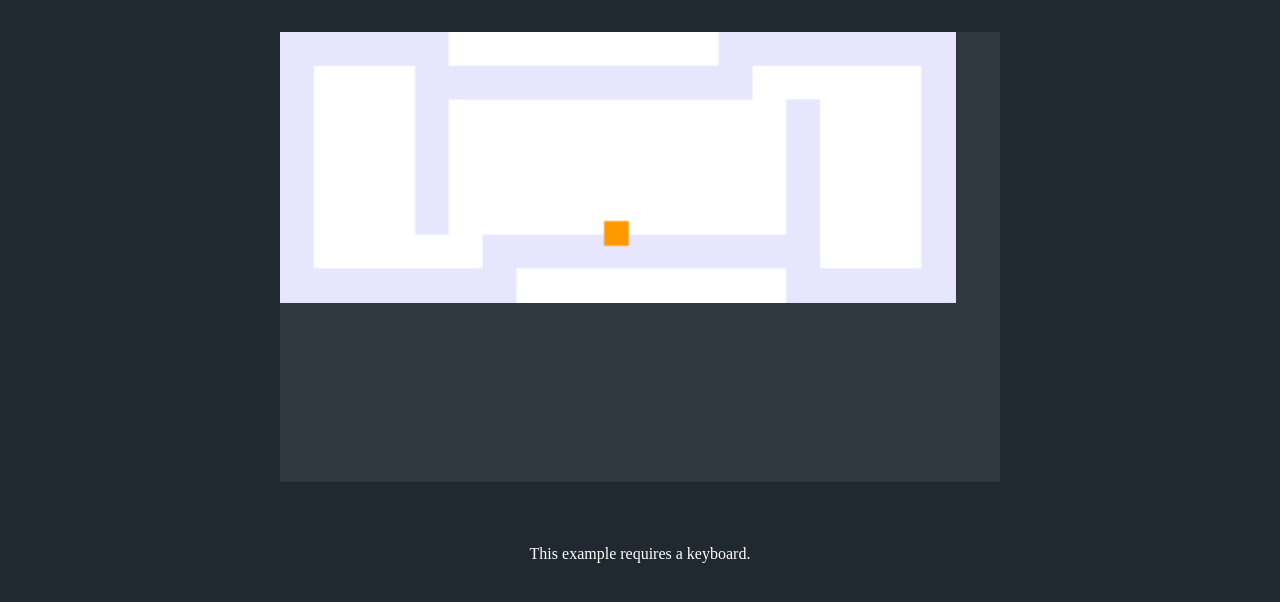
Repository: jh0l/WorldsHardestGame
Page: index.html
An editor plug-in stored every save of this project. The page is shown before and after the next save, followed by the edit.
The browser window is 1280 px wide. The pictures show the whole page.

Above is the page before, as saved 2018-07-19 01:05:35.

### index.html
<html>

<head>

	<meta name="viewport" content="width=device-width">
	<link href="src/index.css" rel="stylesheet" type="text/css">

	<title>PoP Vlog - Top Down Tiles</title>

</head>

<body>

	<canvas></canvas>

	<p>This example requires a keyboard.</p>

	<script src="src/index.js" type="text/javascript"></script>

</body>

</html>

### src/index.css
* {
  box-sizing: border-box;
  margin: 0;
  padding: 0;
}

html {
  height: 100%;
  width: 100%;
}

body {
  align-content: space-around;
  background-color: #202830;
  color: #ffffff;
  display: grid;
  grid-template-columns: auto;
  grid-template-rows: auto auto auto auto;
  height: 100%;
  justify-content: space-around;
  text-align: center;
  width: 100%;
}

canvas {
  background-color: #303840;
  justify-self: center;
}

### src/index.js
(function() {
  "use strict";

  var controller, display, game;

  controller = {
    down: false,
    left: false,
    right: false,
    up: false,

    keyUpDown: function(event) {
      var key_state = event.type == "keydown" ? true : false;

      switch (event.keyCode) {
        case 65:
          controller.left = key_state;
          break; // left key
        case 87:
          controller.up = key_state;
          break; // up key
        case 68:
          controller.right = key_state;
          break; // right key
        case 83:
          controller.down = key_state;
          break; // down key
      }
    }
  };
  const tileValColor = (val, index) => {
    if (val === '0') {
      return index % game.world.columns === 0 ? "#b4b5fe" : "#fff";
    }
    return "#e6e6ff";
  };
  display = {
    buffer: document.createElement("canvas").getContext("2d"),
    context: document.querySelector("canvas").getContext("2d"),
    output: document.querySelector("p"),

    render: function() {
      for (let index = game.world.map.length - 1; index > -1; --index) {
        this.buffer.fillStyle = tileValColor(game.world.map[index], index);
        this.buffer.fillRect(
          (index % game.world.columns) * game.world.tile_size,
          Math.floor(index / game.world.columns) * game.world.tile_size,
          game.world.tile_size,
          game.world.tile_size
        );
      }

      this.buffer.fillStyle = game.player.color;
      this.buffer.fillRect(
        game.player.x,
        game.player.y,
        game.player.width,
        game.player.height
      );

      this.context.drawImage(
        this.buffer.canvas,
        0,
        0,
        this.buffer.canvas.width,
        this.buffer.canvas.height,
        0,
        0,
        this.context.canvas.width,
        this.context.canvas.height
      );
    },

    resize: function(event) {
      var client_height = document.documentElement.clientHeight;

      display.context.canvas.width = document.documentElement.clientWidth - 32;

      if (display.context.canvas.width > client_height) {
        display.context.canvas.width = client_height;
      }

      display.context.canvas.height = Math.floor(
        display.context.canvas.width * 0.625
      );

      display.render();
    }
  };
  const playerSize = 11;
  game = {
    /* This is the player object. Make sure to note that for this collision method
    to work, you must record the current and last positions of your game objects
    to use in collision detection. It is used to calculate the vector used to determine
    if an object is entering into a collision tile and from what side. */
    player: {
      color: "#ff9900",
      height: playerSize,
      old_x: 160, // these are what you should take note of. Don't worry, it's useful
      old_y: 160, // to keep track of old positions for many physics methods. These aren't one trick pony's.
      speed: 3,
      velocity_x: 0,
      velocity_y: 0,
      width: playerSize,
      x: 160 - 16,
      y: 100 - 16,

      // These functions just make it easy to read the collision code
      get bottom() {
        return this.y + this.height;
      },
      get oldBottom() {
        return this.old_y + this.height;
      },
      get left() {
        return this.x;
      }, // kind of pointless, but used
      get oldLeft() {
        return this.old_x;
      }, // to help visualize the collision methods
      get right() {
        return this.x + this.width;
      },
      get oldRight() {
        return this.old_x + this.width;
      },
      get top() {
        return this.y;
      }, // equally pointless as left side calculations
      get oldTop() {
        return this.old_y;
      }
    },

    world: {
      map: []
      // the routing functions below with matching numbers

      // represent these tiles and route their values to
      // the collision methods you might expect based on their names
    },

    /* This object is responsible for getting the collision methods that match
    tile values in the map. It uses what I call routing functions to group reusable
    narrow phase collision methods together to create a variety of different tile
    boundary shapes. You can get the same effect with an array of routing functions rather
    than giving an object's routing functions numeric indexes, if you prefer. It might be faster. */
    collision: {
      // top wall collision tile
      1: function(object, row, column) {
        // The player hits the bottom of ceiling tiles.
        this.bottomCollision(object, row);
      },

      // left wall collision tile
      2: function(object, row, column) {
        this.rightCollision(object, column);
      },

      // right wall collision tile
      3: function(object, row, column) {
        // The player collides with the left side of a wall on the right of the map.
        this.leftCollision(object, column); // Confusing to visualize, but true.
      },

      // bottom wall collision tile
      4: function(object, row, column) {
        this.topCollision(object, row);
      },

      // block tile with four walls
      5: function(object, row, column) {
        /* It makes sense to test the most likely side to be collided with first.
        In a top down game, all sides are hit about the same number of times, depending
        on gameplay, but in a side scroller with downward pulling gravity, the tops of
        tiles will usually get the most traffic, so it makes sense to test the tops
        first in those scenarios. */
        if (this.topCollision(object, row)) {
          return;
        } // Make sure to early out
        if (this.leftCollision(object, column)) {
          return;
        } // if a collision is detected.
        if (this.rightCollision(object, column)) {
          return;
        }
        this.bottomCollision(object, row); // No need to early out on the last check.
      },
      // left and right only
      6: function(object, row, column) {
        if (this.leftCollision(object, column)) {
          return;
        }
        this.rightCollision(object, column);
      },
      // left, right and bottom only
      7: function(object, row, column) {
        if (this.leftCollision(object, column)) {
          return;
        }
        if (this.rightCollision(object, column)) {
          return;
        }
        this.bottomCollision(object, row); // No need to early out on the last check.
      },
      //left right and top only
      8: function(object, row, column) {
        if (this.leftCollision(object, column)) {
          return;
        }
        if (this.rightCollision(object, column)) {
          return;
        }
        this.topCollision(object, row); // No need to early out on the last check.
      },
      //left and top
      9: function(object, row, column) {
        if (this.leftCollision(object, column)) {
          return;
        }
        this.topCollision(object, row); // No need to early out on the last check.
      },
      //bottom and right
      a: function(object, row, column) {
        if (this.rightCollision(object, column)) {
          return;
        }
        this.bottomCollision(object, row); // No need to early out on the last check.
      },

      /* Here are the narrow phase collision detection and response functions.
      For a deeper insight into how these work, and what's going on, I'm using
      leftCollision as an example. The principles I explain here apply to all
      of the other narrow phase collision methods. Note that they're basically
      doing the same thing, just for different flat sides of a tile. */
      leftCollision(object, column) {
        /* To calculate the player's movement vector, I'm no longer using its velocity (like in the last tutorial).
        Instead, I'm going to calculate it based on it's current and last positions.
        the old way was if (object.velocity_x > 0), now it's if (object.x - object.old_x > 0).
        This is a bit more reliable in my opinion, depending on how and when you calculate your velocity. */

        /* If the object is not moving right, how will it ENTER into the left side of a tile?
        If not moving right, the player can't possibly ENTER the left side of a tile.
        We are only concerned with resolving collisions objects ENTER into. If they are spawned
        inside a collision tile, it is not the collision manager's job to resolve that, it is
        the level designer's job to fix the level design so collision can be as efficient as possible. */
        if (object.x - object.old_x > 0) {
          // the left side of the specified tile column
          var left = column * game.world.tile_size;

          /* This tests to see if our object is ENTERING through the collision boundary
          along the correct movement vector. If its current position is past the boundary
          and its old position is before the boundary, we know that it has entered into collision with the tile. */
          if (object.right > left && object.oldRight <= left) {
            object.velocity_x = 0;
            object.x = object.old_x = left - object.width - 0.001;
            /* You really don't need to reset the player's old position here if you are
            setting it at the start of each game loop, but if you are using a fixed time step
            game loop with interpolation, it will make your collisions look more pixel perfect.
            The reason for this is because with interpolation, your player may be drawn slightly
            away from the wall he just collided with on the next frame of animation depending on
            how much time has passed. So, you don't need to do this, but it doesn't hurt. It may
            be a problem if you end up changing old positions for player to player collisions as well,
            however, because old positions are used to calculate vectors for tile collision.
            Just make sure changing old positions are the last thing you do before the next frame,
            and you should be fine. */

            return true;
          }
        }

        return false;
      },

      rightCollision(object, column) {
        if (object.x - object.old_x < 0) {
          // the right side of the specified tile column
          var right = (column + 1) * game.world.tile_size;

          if (object.left < right && object.oldLeft >= right) {
            object.velocity_x = 0;
            object.old_x = object.x = right;

            return true;
          }
        }

        return false;
      },

      bottomCollision(object, row) {
        // if the object is moving up
        if (object.y - object.old_y < 0) {
          var bottom = (row + 1) * game.world.tile_size;

          if (object.top < bottom && object.oldTop >= bottom) {
            object.velocity_y = 0;
            object.old_y = object.y = bottom;
          }
        }
      },

      topCollision(object, row) {
        // if the object is moving down
        if (object.y - object.old_y > 0) {
          // the top side of the specified tile row
          var top = row * game.world.tile_size;

          // if the object has passed through the tile boundary since the last game cycle
          if (object.bottom > top && object.oldBottom <= top) {
            object.velocity_y = 0;
            object.old_y = object.y = top - object.height - 0.01;

            return true;
          }
        }

        return false;
      }
    },

    // The game loop:
    loop: function() {
      // Get controller input and move that player object!
      if (controller.down) {
        game.player.velocity_y += game.player.speed;
      }

      if (controller.up) {
        game.player.velocity_y -= game.player.speed;
      }

      if (controller.left) {
        game.player.velocity_x -= game.player.speed;
      }

      if (controller.right) {
        game.player.velocity_x += game.player.speed;
      }

      // Update the player object:
      game.player.old_x = game.player.x; // Set the old position to the current position
      game.player.old_y = game.player.y; // before we update the current position, thus making it current

      game.player.x += game.player.velocity_x; // Update the current position
      game.player.y += game.player.velocity_y;

      // Do collision detection and response with the boundaries of the screen.
      // if (game.player.x < 0) {
      //   game.player.velocity_x = 0;
      //   game.player.old_x = game.player.x = 0;
      // } else if (
      //   game.player.x + game.player.width >
      //   display.buffer.canvas.width
      // ) {
      //   game.player.velocity_x = 0;
      //   game.player.old_x = game.player.x =
      //     display.buffer.canvas.width - game.player.width - 0.001;
      //   /* I added that - 0.001 to the equation to really push the player object back into
      //   the game world. If the edge of the world is 320 px, and you set the right edge of
      //   the player obect to 320, technically its tile position will be 1 tile to the right of
      //   the edge of the world when calculated. Say there are 10 columns in the map, and each
      //   tile is 32 pixels wide. 320/32 is 10, but since our map index starts at 0, a value of 10
      //   falls outside of the map's number of columns. Failing to handle this can result in
      //   testing collision on tiles in another row, or tiles at undefined positions in the map array.*/
      // }

      if (game.player.y < 0) {
        game.player.velocity_y = 0;
        game.player.old_y = game.player.y = 0;
      } else if (
        game.player.y + game.player.height >
        display.buffer.canvas.height
      ) {
        game.player.velocity_y = 0;
        game.player.old_y = game.player.y =
          display.buffer.canvas.height - game.player.height - 0.001;
      }

      /* Here is where we do broadphase collision detection with the four corners of
      our player object. This is very important. In the last tutorial the player only
      had 1 collision registration point. Collision was simple, then. Now, it's just as
      simple, but we need to do it for each corner of our player object. */

      /* Once again, there's no point of testing collision if we're not moving. depending
      on which direction we are moving we must test different collision registration points
      on our player. For instance, if he is moving left, we test the points on his left side: */
      if (game.player.x - game.player.old_x < 0) {
        // test collision on left side of player if moving left

        /* There are much more efficient ways to write this code without repeating
        variable names and this big monsterous block of if statements, but I thought it
        would be good to have specific variable names and less abstraction so you can
        get an idea of what's going on. */
        var left_column = Math.floor(game.player.left / game.world.tile_size);
        var bottom_row = Math.floor(game.player.bottom / game.world.tile_size);
        var value_at_index =
          game.world.map[bottom_row * game.world.columns + left_column];

        if (value_at_index != 0) {
          // Check the bottom left point

          game.collision[value_at_index](game.player, bottom_row, left_column);
          display.output.innerHTML =
            "last tile collided with: " + value_at_index;
        }

        var top_row = Math.floor(game.player.top / game.world.tile_size);
        value_at_index =
          game.world.map[top_row * game.world.columns + left_column];

        if (value_at_index != 0) {
          // Check the top left point

          game.collision[value_at_index](game.player, top_row, left_column);
          display.output.innerHTML =
            "last tile collided with: " + value_at_index;
        }
      } else if (game.player.x - game.player.old_x > 0) {
        // Is the player moving right?

        var right_column = Math.floor(game.player.right / game.world.tile_size);
        var bottom_row = Math.floor(game.player.bottom / game.world.tile_size);
        var value_at_index =
          game.world.map[bottom_row * game.world.columns + right_column];

        if (value_at_index != 0) {
          // Check the bottom right point

          game.collision[value_at_index](game.player, bottom_row, right_column);
          display.output.innerHTML =
            "last tile collided with: " + value_at_index;
        }

        var top_row = Math.floor(game.player.top / game.world.tile_size);
        value_at_index =
          game.world.map[top_row * game.world.columns + right_column];

        if (value_at_index != 0) {
          // Check the top right point

          game.collision[value_at_index](game.player, top_row, right_column);
          display.output.innerHTML =
            "last tile collided with: " + value_at_index;
        }
      }

      if (game.player.y - game.player.old_y < 0) {
        var left_column = Math.floor(game.player.left / game.world.tile_size);
        var top_row = Math.floor(game.player.top / game.world.tile_size);
        var value_at_index =
          game.world.map[top_row * game.world.columns + left_column];

        if (value_at_index != 0) {
          // Check the top left point

          game.collision[value_at_index](game.player, top_row, left_column);
          display.output.innerHTML =
            "last tile collided with: " + value_at_index;
        }

        var right_column = Math.floor(game.player.right / game.world.tile_size);
        value_at_index =
          game.world.map[top_row * game.world.columns + right_column];

        if (value_at_index != 0) {
          // Check the top right point

          game.collision[value_at_index](game.player, top_row, right_column);
          display.output.innerHTML =
            "last tile collided with: " + value_at_index;
        }
      } else if (game.player.y - game.player.old_y > 0) {
        var left_column = Math.floor(game.player.left / game.world.tile_size);
        var bottom_row = Math.floor(game.player.bottom / game.world.tile_size);
        var value_at_index =
          game.world.map[bottom_row * game.world.columns + left_column];

        if (value_at_index != 0) {
          // Check the bottom left point

          game.collision[value_at_index](game.player, bottom_row, left_column);
          display.output.innerHTML =
            "last tile collided with: " + value_at_index;
        }

        var right_column = Math.floor(game.player.right / game.world.tile_size);
        value_at_index =
          game.world.map[bottom_row * game.world.columns + right_column];

        if (value_at_index != 0) {
          // Check the bottom right point

          game.collision[value_at_index](game.player, bottom_row, right_column);
          display.output.innerHTML =
            "last tile collided with: " + value_at_index;
        }
      }

      game.player.velocity_x = 0;
      game.player.velocity_y = 0;

      display.render();

      window.requestAnimationFrame(game.loop);
    }
  };

  display.buffer.canvas.height = 200;
  display.buffer.canvas.width = 320;

  window.addEventListener("resize", display.resize);
  window.addEventListener("keydown", controller.keyUpDown);
  window.addEventListener("keyup", controller.keyUpDown);

  display.resize();
  // 1s are ceiling tiles
  // 2s and 3s are right and left wall tiles
  // 5 is a solid block/box tile
  // 4 is a floor tile
  const mapStr = `
11111000000001111111
2000311111111a000003
20006000000000080003
20006000000000060003
20006000000000060003
20007000000000060003
20000094444444420003
14444410000000014441
`;
  const map = mapStr
    .slice(1, -1)
    .replace(/\n/g, "")
    .split("");
  game.world = Object.assign(game.world, {
    columns: mapStr.split("\n")[1].length,
    rows: 5,
    tile_size: 15,
    map
  });
  game.loop();
})();

After the next save:
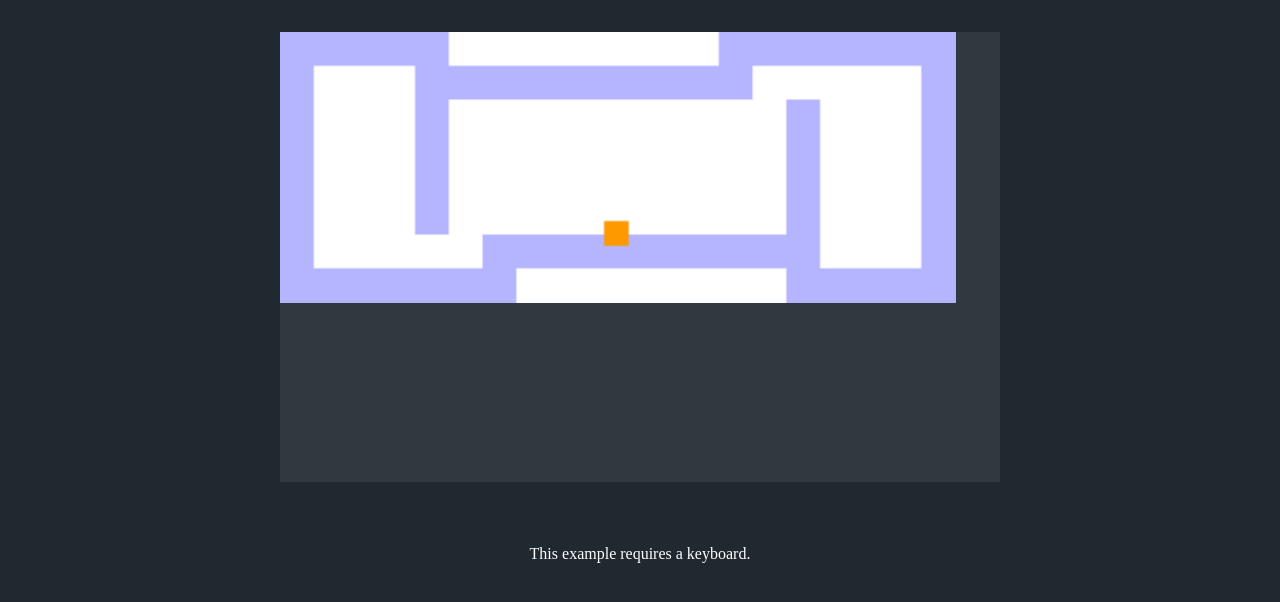
Saved 14 s later.
--- a/src/index.js
+++ b/src/index.js
@@ -30,9 +30,9 @@
   };
   const tileValColor = (val, index) => {
     if (val === '0') {
-      return index % game.world.columns === 0 ? "#b4b5fe" : "#fff";
+      return index % game.world.columns === 0 ? "#e6e6ff": "#fff";
     }
-    return "#e6e6ff";
+    return "#b4b5fe" ;
   };
   display = {
     buffer: document.createElement("canvas").getContext("2d"),
